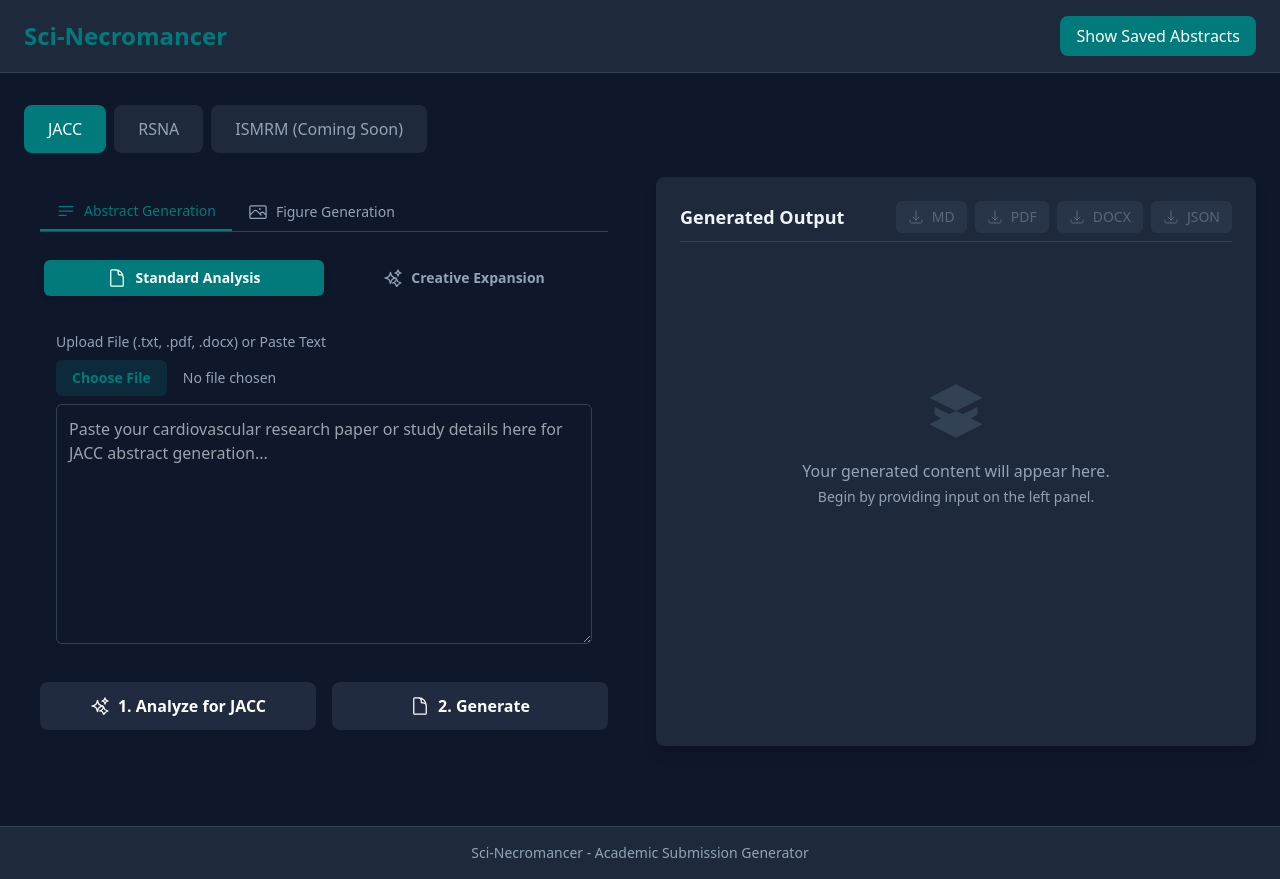
Repository: picspin/Sci-Necromancer
Page: /
These files come from the project's save history. The page is drawn as it stood at one moment and after the next save; the edit follows.
The browser window is 1280 px wide. The pictures show the whole page.
Some web libraries are served in a nearby version. The project was rebuilt for these pictures with package versions that can differ from the ones it lists, and the page was loaded fresh each time. Also part of the build but not shown: vite.config.ts, lib/utils/errorLogger.ts, components/error/ErrorFeedback.tsx, components/error/ErrorBoundary.tsx, lib/utils/accessibilityUtils.ts, components/Modal.tsx, components/RSNAPanel.tsx, components/AbstractManager.tsx.

Above is the page before, as saved 2025-10-28 06:24:35.

After the next save:
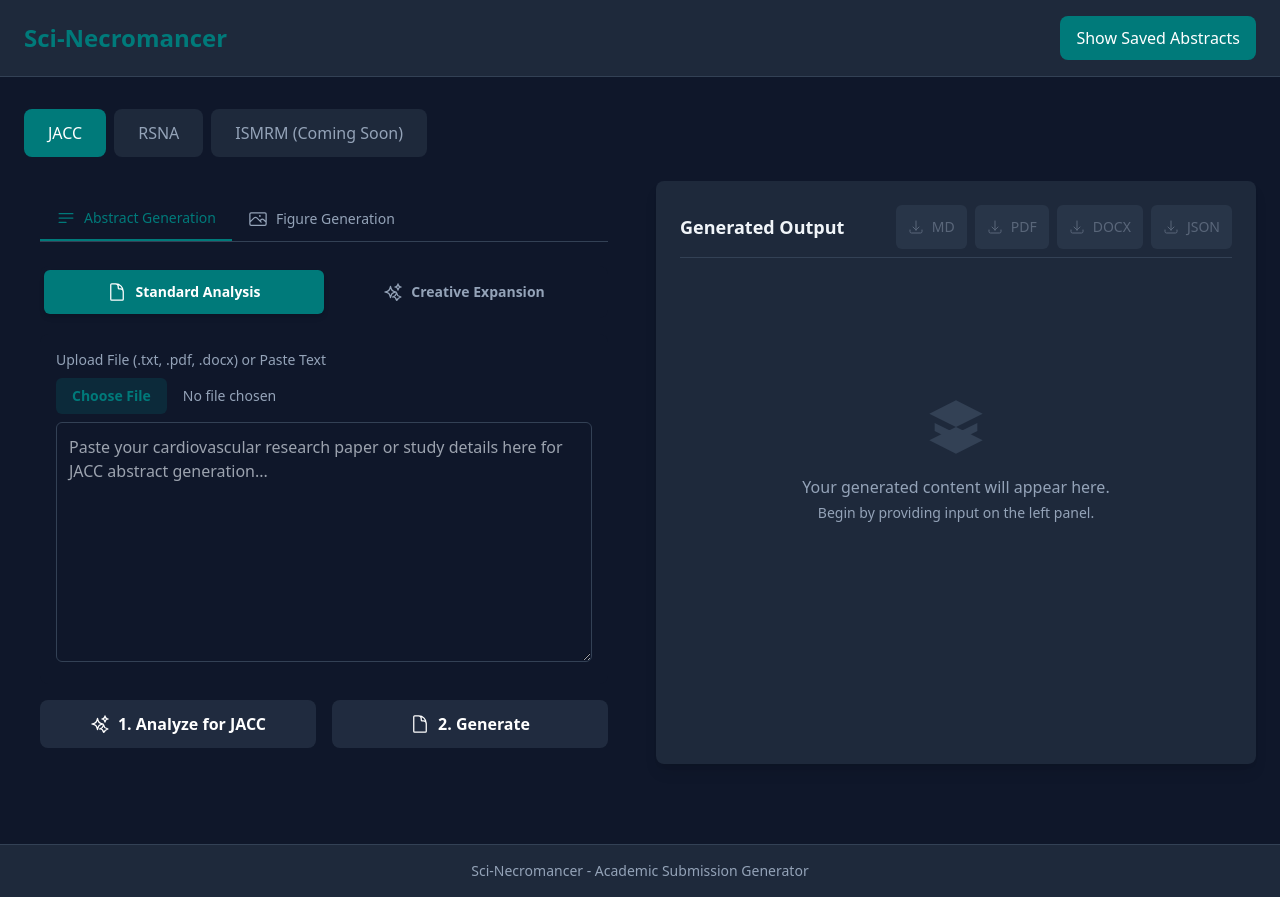
Saved 19 s later.
--- a/index.html
+++ b/index.html
@@ -82,6 +82,36 @@
         }
       }
 
+      .high-contrast {
+        --brand-primary: #00FFFF !important;
+        --brand-secondary: #00CCCC !important;
+        --text-primary: #FFFFFF !important;
+        --text-secondary: #E0E0E0 !important;
+        --base-100: #000000 !important;
+        --base-200: #1A1A1A !important;
+        --base-300: #333333 !important;
+      }
+
+      .high-contrast * {
+        border-color: #FFFFFF !important;
+      }
+
+      .high-contrast button,
+      .high-contrast input,
+      .high-contrast select,
+      .high-contrast textarea {
+        border: 2px solid #FFFFFF !important;
+      }
+
+      /* Font size adjustments */
+      .font-large {
+        font-size: 125%;
+      }
+
+      .font-x-large {
+        font-size: 150%;
+      }
+
       /* Reduced motion support */
       @media (prefers-reduced-motion: reduce) {
         *,
@@ -92,6 +122,63 @@
           transition-duration: 0.01ms !important;
         }
       }
+
+      .reduce-motion *,
+      .reduce-motion *::before,
+      .reduce-motion *::after {
+        animation-duration: 0.01ms !important;
+        animation-iteration-count: 1 !important;
+        transition-duration: 0.01ms !important;
+      }
+
+      /* Responsive design - Mobile first */
+      @media (max-width: 640px) {
+        body {
+          font-size: 14px;
+        }
+
+        /* Ensure touch targets are at least 44x44px */
+        button,
+        a,
+        input[type="button"],
+        input[type="submit"] {
+          min-height: 44px;
+          min-width: 44px;
+        }
+      }
+
+      @media (max-width: 768px) {
+        /* Stack layouts on mobile */
+        .grid-cols-2 {
+          grid-template-columns: 1fr !important;
+        }
+      }
+
+      /* Support for 200% zoom */
+      @media (min-width: 1280px) {
+        .max-w-7xl {
+          max-width: 80rem;
+        }
+      }
+
+      /* Ensure minimum touch target size */
+      button,
+      a,
+      input[type="button"],
+      input[type="submit"],
+      input[type="checkbox"],
+      input[type="radio"],
+      select {
+        min-height: 44px;
+        min-width: 44px;
+        padding: 0.5rem 1rem;
+      }
+
+      /* Exception for icon-only buttons */
+      button.icon-only {
+        min-width: 44px;
+        padding: 0.5rem;
+      }
     </style>
   </head>
   <body class="bg-base-100 text-text-primary">
